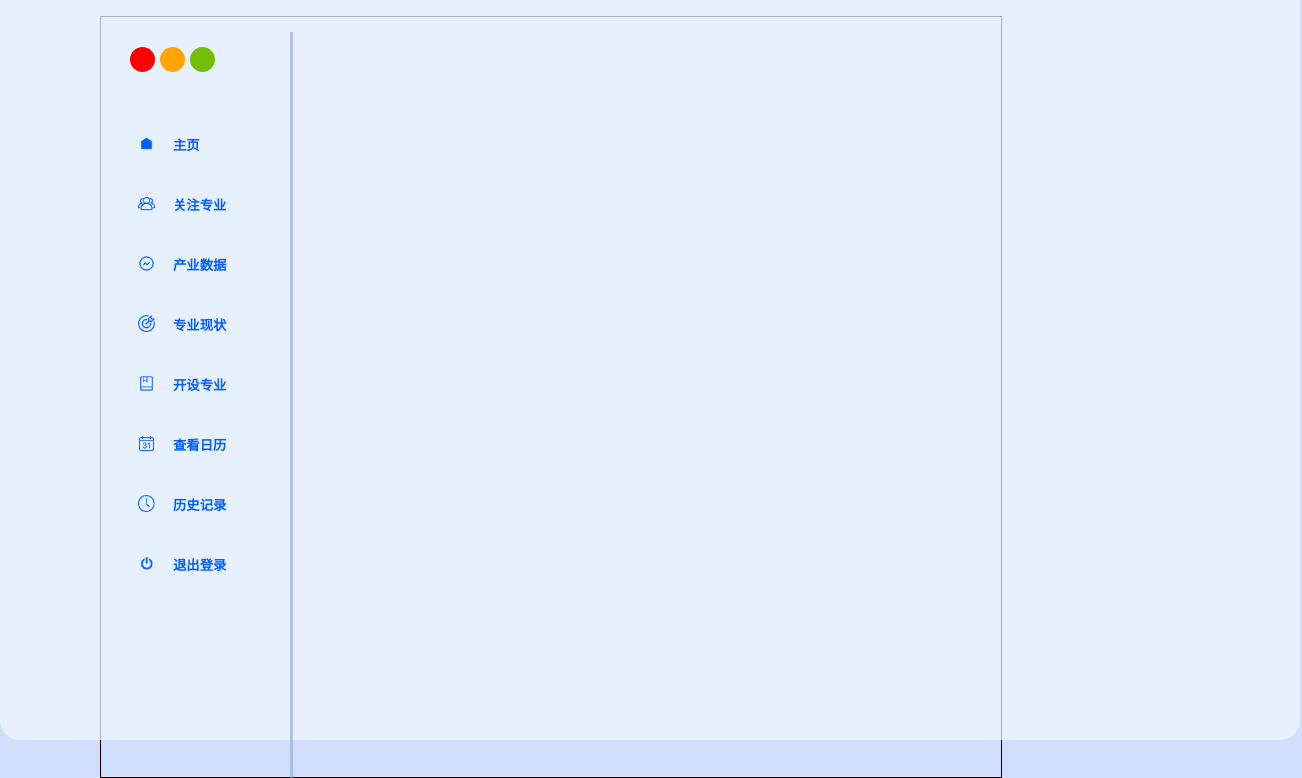
Repository: akaCSDN/test
Page: 2.1主页.html
The author's editor kept a copy of each file at every save. The page is drawn from the files as they stood at one save, then again after the next save.
The browser window is 1280 px wide. The page is 1280 px wide, then 1302 px, so the pictures cover 1302 px, including what lies to the right of the window. The pictures show the whole page.

Above is the page before, as saved 2022-12-03 22:03:21.

### 2.1主页.html
<!DOCTYPE html>
<html lang="en">
<head>
    <meta charset="UTF-8">
    <meta http-equiv="X-UA-Compatible" content="IE=edge">
    <meta name="viewport" content="width=device-width, initial-scale=1.0,minimum-scale=1.0,maximum-scale=1.0,user-scal=no">
    <title>Document</title>
    <script src="./JS/jquery-3.6.0.js"></script>
    <style type="text/css">
        *{
            margin: 0;
            padding: 0;
            border: 0;
        }
        .main{
            width: 1300px;
            height: 760px;
            /* border: 1px solid black; */
            border-radius: 20px;
            background-color: aliceblue;
            opacity: 0.7;
            position: fixed;
            top: 0;
            right: 0;
            bottom: 0;
            left: 0;
            margin: auto;

        }
        .left{
            width: 190px;
            height: 760px;
            border-radius: 20px 0px 0px 20px;
            border-right: 3px solid rgba(146, 169, 213, 0.622);
            /* border: 1px solid black; */
            position: absolute;
            margin-left: 100px;
            margin-top: 16px;
            position: fixed;
        }
        .circle-point{
            width: 100px;
            height: 30px;
            /* border: 1px solid black; */
            margin-left: 25px;
            margin-top: 15px;
        }
        .circle-point div{
            width: 25px;
            height: 25px;
            border-radius: 100% 100% 100% 100%;
            float: left;
            opacity: 1;
            /* position: absolute; */
            margin-left: 5px;

        }
        .button{
            width: auto;
            height: auto;
            /* border: 1px solid black; */
            margin-top: 50px;


        }
        .button li{
            list-style-type: none;
            /* border: 1px solid black; */
            margin-top: 25px;
            width: 150px;
            margin-left: 13px;
            border-radius: 10px;
            /* background-color: rgb(255, 255, 255); */
            /* display:none ; */

        }
        .button button{
            width: 90px;
            height: 35px;
            text-align: left;
            margin-left: 60px;
            /* color: rgba(0, 94, 255, 0.909); */
            color: #005EFF;
            font-weight: 600;
            /* margin-top: 30px; */
            background: none;
            pointer-events: fill;


        }
        .button img{
            width: 17px;
            height: 17px;
            position: absolute;
            margin-top: 8px;
            margin-left: 25px;
        }
        .right{
            width: 900px;
            height: 760px;
            border: 1px solid black;
            margin-left: 100px;
            margin-top: 16px;
        }
    </style>
</head>
<body style="background-color: rgb(209, 222, 254);">

    <div class="main">
    </div>
    <div class="left">
        <div class="circle-point">
            <div style="background-color: red;"></div>
            <div style="background-color: orange;"></div>
            <div style="background-color:rgb(116, 189, 7);"></div>
        </div>
        <div class="button">
                <li><img src="./icon/主页.png" alt=""><button>主页</button></li>
                <li><img src="./icon/专业.png" alt=""><button>关注专业</button></li>
                <li><img src="./icon/数据.png" alt=""><button>产业数据</button></li>
                <li><img src="./icon/现状.png" alt=""><button>专业现状</button></li>
                <li><img src="./icon/开设.png" alt=""><button>开设专业</button></li>
                <li><img src="./icon/日历.png" alt=""><button>查看日历</button></li>
                <li><img src="./icon/历史.png" alt=""><button>历史记录</button></li>
                <li><img src="./icon/退出.png" alt=""><button>退出登录</button></li>
        </div>
    </div>
    <div class="right">

    </div>


</body>
<script>
    $(document).ready(function(){
            $(".button li").mouseover(function(){
                $(this).css("background-color","white")


        })

        $(".button li").mouseleave(function(){
                $(this).css("background","none")
        })
        $(".button li").click(function(){
            var name=$(this).text();
            switch (name) {
                case '关注专业':

                    break;

                default:
                    break;
            }
        })

    })
</script>
</html>

Loaded but not shown: JS/jquery-3.6.0.js (library)

After the next save:
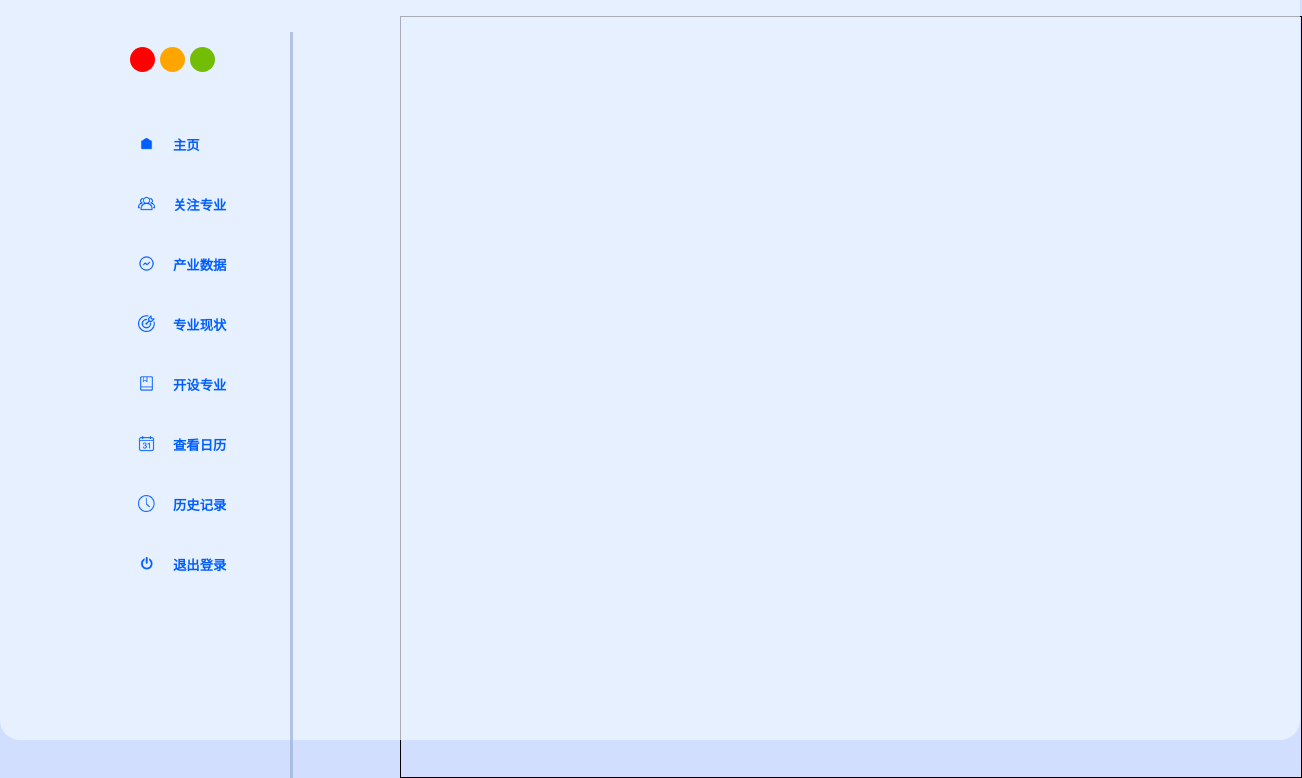
Saved 14 s later.
--- a/2.1主页.html
+++ b/2.1主页.html
@@ -99,7 +99,7 @@
             width: 900px;
             height: 760px;
             border: 1px solid black;
-            margin-left: 100px;
+            margin-left: 400px;
             margin-top: 16px;
         }
     </style>
